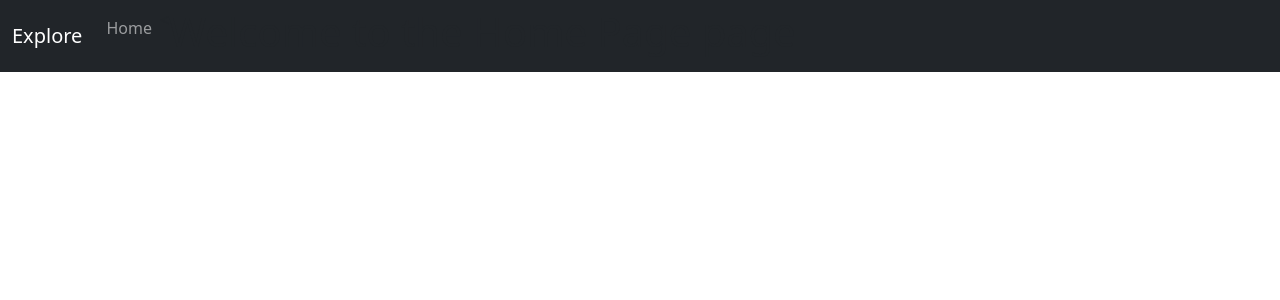
Repository: Survey-Wizard/SurveyWizard
Page: http://localhost/home
The author's editor kept a copy of each file at every save. The page is drawn from the files as they stood at one save, then again after a run of saves.
The browser window is 1280 px wide. The pictures show the whole page.
The page is served by the project's Node server (server.js).

Above is the page before, as saved 2021-05-30 09:56:09.

After the next 3 saves:
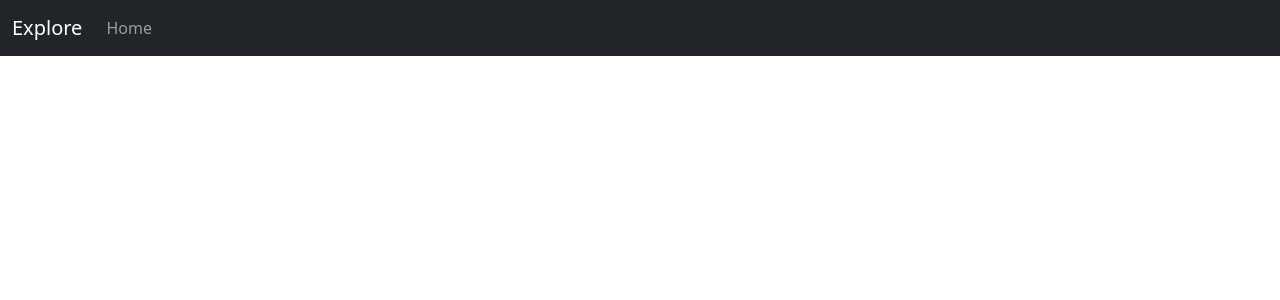
The 3 saves are shown as one change because they came seconds apart.
The last was saved 9 s later.
--- a/views/index.ejs
+++ b/views/index.ejs
@@ -22,7 +22,7 @@
             <a class="nav-link"  href="#">Home</a>
           </li>
 
-        <
+        </
 
 
   <h1>Welcome to the <%= title %> page</h1>

After the save that followed:
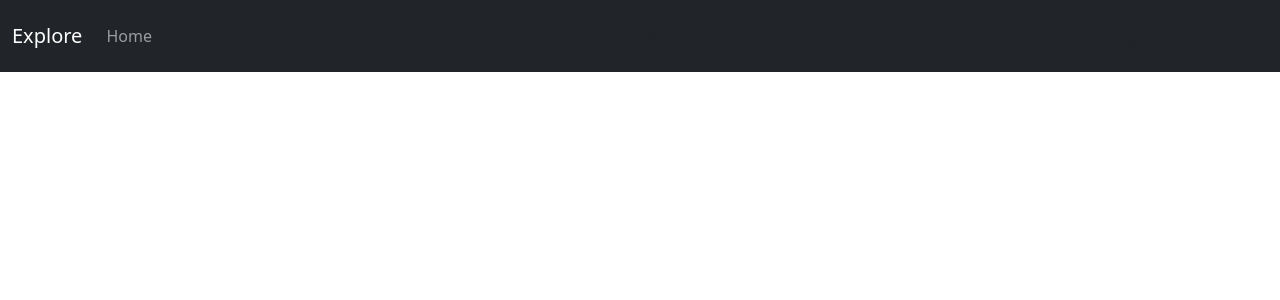
Saved 4 s later.
--- a/views/index.ejs
+++ b/views/index.ejs
@@ -22,7 +22,8 @@
             <a class="nav-link"  href="#">Home</a>
           </li>
 
-        </
+        </div>
+
 
 
   <h1>Welcome to the <%= title %> page</h1>
